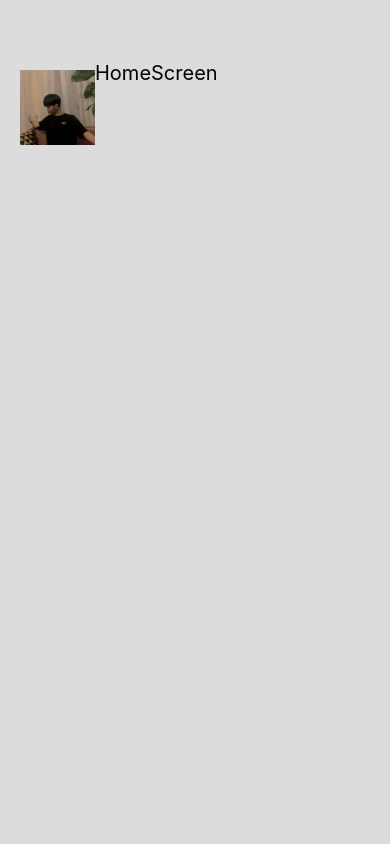
Repository: diepdung02/AppPTC
Screen: /Home
An editor plug-in stored every save of this project. The screen is shown before and after the next save, followed by the edit.
The app was drawn by React Native's web renderer in a window 390 px wide. The project was rebuilt for these pictures with package versions that can differ from the ones it lists, and the page was loaded fresh each time.

Above is the screen before, as saved 2024-06-29 13:09:07.

### App.tsx
import React from 'react';
import 'react-native-gesture-handler';
import { NavigationContainer } from '@react-navigation/native';
import { createStackNavigator } from '@react-navigation/stack';
import { createMaterialTopTabNavigator } from '@react-navigation/material-top-tabs';
import { LoginScreen, HomeScreen } from './screen/index';
import COLORS from './constants/Color';


const Stack = createStackNavigator();
const Tab = createMaterialTopTabNavigator();



const App: React.FC = () => {
  return (
    <NavigationContainer>
      <Stack.Navigator initialRouteName="Login">
        <Stack.Screen name="Login" component={LoginScreen} options={{ headerShown: false }} />
        <Stack.Screen name="Home" component={HomeScreen} options={{ headerShown: false }} />
      </Stack.Navigator>
    </NavigationContainer>
  );
};

export default App;

### screen/index.tsx
import LoginScreen from './auth/LoginScreen';
import HomeScreen from './home/HomeScreen';

export{
    LoginScreen,
    HomeScreen

}

### screen/auth/LoginScreen.tsx
import React, { useState, useEffect } from 'react';
import { View, TextInput, StyleSheet, TouchableOpacity, Text, Image } from 'react-native';
import { FontAwesome, MaterialIcons } from '@expo/vector-icons';
import { Formik } from 'formik';
import * as Yup from 'yup';
import AsyncStorage from '@react-native-async-storage/async-storage';
import COLORS from '../../constants/Color';

type LoginProps = {
  navigation: any;
};

type FormValues = {
  username: string;
  password: string;
};

const LoginScreen: React.FC<LoginProps> = ({ navigation }) => {
  const [hidePassword, setHidePassword] = useState<boolean>(true);
  const [rememberPassword, setRememberPassword] = useState<boolean>(false);

  useEffect(() => {
    const checkRememberPassword = async () => {
      try {
        const savedPassword = await AsyncStorage.getItem('password');
        if (savedPassword) {
          setRememberPassword(true);
        }
      } catch (error) {
        console.error('Error reading password from AsyncStorage:', error);
      }
    };
    checkRememberPassword();
  }, []);

  const togglePasswordVisibility = () => {
    setHidePassword(!hidePassword);
  };

  const handleLogin = (values: FormValues) => {
    // Hiện thông báo đăng nhập thành công và điều hướng đến HomeScreen
    alert('Đăng nhập thành công!');
    navigation.navigate('Home');
  };

  const validationSchema = Yup.object({
    username: Yup.string().required('Chưa nhập tên đăng nhập'),
    password: Yup.string().required('Chưa nhập mật khẩu'),
  });

  return (
    <Formik
      initialValues={{
        username: 'dung',
        password: '123',
      }}
      validationSchema={validationSchema}
      onSubmit={(values) => handleLogin(values)}
    >
      {({ values, touched, errors, handleChange, handleSubmit, handleBlur }) => (
        <View style={styles.container}>
          <Image source={require('../../assets/logo.png')} style={styles.logo} />
          <View style={styles.inputContainer}>
            <FontAwesome name="user" size={20} color="black" />
            <TextInput
              style={styles.textInput}
              placeholder="Username"
              value={values.username}
              onChangeText={handleChange('username')}
              onBlur={handleBlur('username')}
            />
          </View>
          {touched.username && errors.username && (
            <Text style={styles.errorText}>{errors.username}</Text>
          )}

          <View style={styles.inputContainer}>
            <FontAwesome name="lock" size={20} color="black" />
            <TextInput
              style={styles.textInput}
              placeholder="Password"
              secureTextEntry={hidePassword}
              value={values.password}
              onChangeText={handleChange('password')}
              onBlur={handleBlur('password')}
            />
            <TouchableOpacity onPress={togglePasswordVisibility}>
              <MaterialIcons name={hidePassword ? 'visibility-off' : 'visibility'} size={20} color="black" />
            </TouchableOpacity>
          </View>
          {touched.password && errors.password && (
            <Text style={styles.errorText}>{errors.password}</Text>
          )}

          <TouchableOpacity style={styles.loginButton} onPress={handleSubmit as any}>
            <Text style={styles.buttonText}>Login</Text>
          </TouchableOpacity>
          <TouchableOpacity onPress={() => navigation.navigate('ForgotPassword')}>
            <Text style={styles.forgotPasswordText}>Forgot Password?</Text>
          </TouchableOpacity>
        </View>
      )}
    </Formik>
  );
};

const styles = StyleSheet.create({
  container: {
    flex: 1,
    backgroundColor: COLORS.colorMain,
    alignItems: 'center',
    justifyContent: 'center',
  },
  logo: {
    width: 150,
    height: 150,
    marginBottom: 50,
  },
  inputContainer: {
    flexDirection: 'row',
    alignItems: 'center',
    backgroundColor: '#FFFFFF',
    borderRadius: 5,
    width: '80%',
    marginBottom: 20,
    padding: 10,
  },
  textInput: {
    flex: 1,
    marginLeft: 10,
  },
  loginButton: {
    backgroundColor: COLORS.blue,
    width: '80%',
    padding: 15,
    borderRadius: 5,
    alignItems: 'center',
  },
  buttonText: {
    color: 'white',
    fontSize: 16,
  },
  forgotPasswordText: {
    color: '#005A8C',
    marginTop: 20,
  },
  errorText: {
    color: 'red',
    fontSize: 12,
    marginBottom: 20,
  },
});

export default LoginScreen;

### screen/home/HomeScreen.tsx
import { View, Text, Image, StyleSheet } from 'react-native'
import React from 'react'
import COLORS from '../../constants/Color'

const HomeScreen:React.FC = () => {
  return (
    <View style={styles.container}>
      <View style={styles.inforContainer}>
        <Image source={require("../../assets/avatar.jpg")} style={styles.avatar}></Image>
      <Text style={styles.txtInfor}>HomeScreen</Text>
      </View>
    </View>
  )
}

const styles = StyleSheet.create({
  container:{
    flex:1,
    backgroundColor:COLORS.colorMain,
  },
  avatar:{
    width:75,
    height:75,
    marginTop:70,
    marginLeft:20,
  },
  inforContainer:{
    flexDirection:"row",
    alignItems:"center"
  },
  txtInfor:{
    fontSize:20,
    marginTop:0,
  }
})

export default HomeScreen

### constants/Color.tsx
const COLORS = {
    colorMain:"#DCDCDC",
    blue: "#09648C"

  };
  export default COLORS;

After the next save:
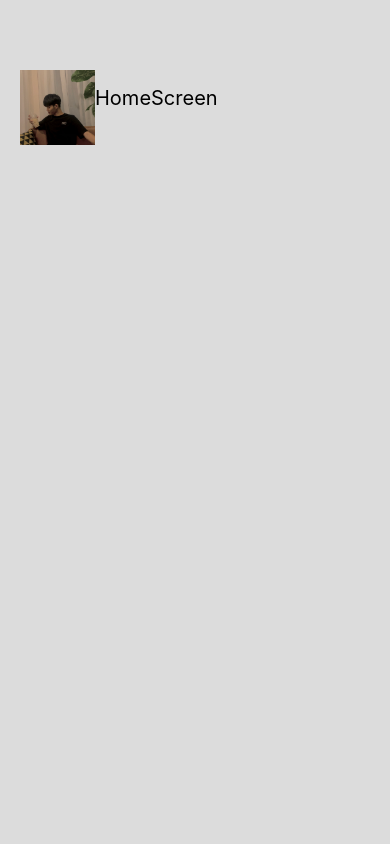
Saved 4 s later.
--- a/screen/home/HomeScreen.tsx
+++ b/screen/home/HomeScreen.tsx
@@ -30,7 +30,7 @@ const styles = StyleSheet.create({
   },
   txtInfor:{
     fontSize:20,
-    marginTop:0,
+    marginTop:50,
   }
 })
 
